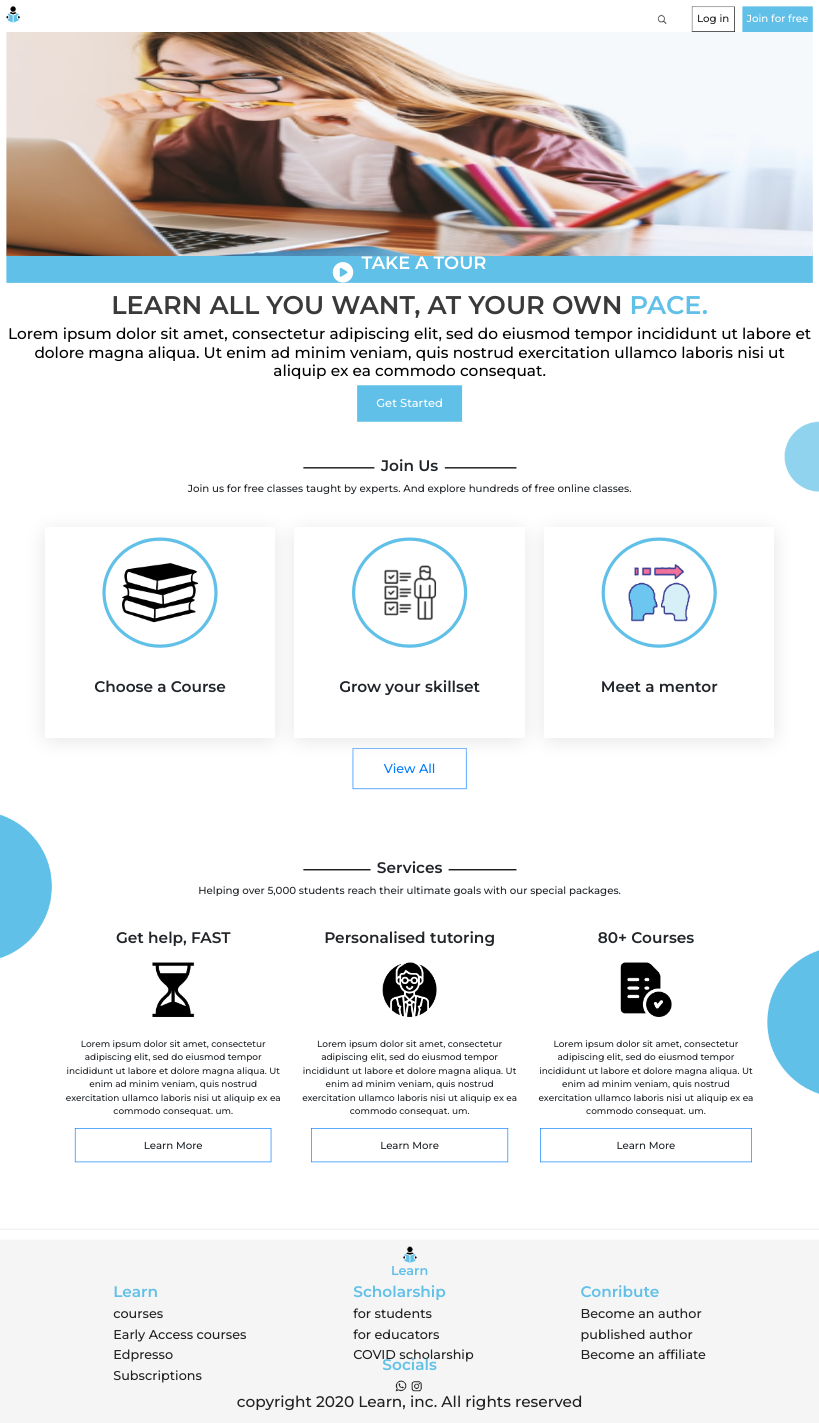
Repository: TiaraOluwanimi/team5
Page: tutor.html
The author's editor kept a copy of each file at every save. The page is drawn from the files as they stood at one save, then again after a run of saves.
The browser window is 1280 px wide. The pictures show the whole page, at 64% of full size.
Some web libraries are served in a nearby version.

Above is the page before, as saved 2020-08-08 10:28:36.

### tutor.html
<!DOCTYPE html>
<html lang="en">
  <head>
    <meta charset="UTF-8" />
    <meta name="viewport" content="width=device-width, initial-scale=1.0" />
    <title>Online Tutoring</title>
    <!-- Custom Css -->
    <link rel="stylesheet" href="./assets/css/header-footer.css" />
    <link rel="stylesheet" href="./assets/css/tutor.css" />
    <!-- Favicon -->
    <link rel="shortcut icon" href="" type="image/x-icon" />
    <!---------------------- CDNs----------------- -->
    <!-- Bootstrap CSS CDN -->
    <link
      rel="stylesheet"
      href="https://maxcdn.bootstrapcdn.com/bootstrap/4.0.0/css/bootstrap.min.css"
      integrity="sha384-Gn5384xqQ1aoWXA+058RXPxPg6fy4IWvTNh0E263XmFcJlSAwiGgFAW/dAiS6JXm"
      crossorigin="anonymous"
    />
    <!-- fontawesome CDN -->
    <!-- Google Font -->
    <link href="https://fonts.googleapis.com/css2?family=Montserrat:wght@500;600&display=swap" rel="stylesheet">
    <!-- Font Awesome -->
    <script src="https://kit.fontawesome.com/0f19ba4771.js" crossorigin="anonymous"></script>

</head>

<body>
    <!-- Welcome to this online tutoring website. 😊 -->
    <!--  Header  -->
    <nav class="nav1">
      <a href="#"><img src="./assets/img/logo.png" alt="" /></a>
      <div class="nav1div1">
        <img
          class="searchicon"
          onclick="displaySearchBar()"
          src="./assets/img/search.png"
          alt=""
        />
        <button class="nav1butt1">Log in</button>
        <button class="nav1butt2">Join for free</button>
      </div>
      <div class="nav1div2 display">
        <input
          class="searchbar"
          type="text"
          placeholder="Enter Text here"
          name=""
          id=""
        />
      </div>
    </nav>

    <!-- Landing Page -->
    <div class="div1">
        <img class="div1img1" src="./assets/img/hero-img.png" alt="">
        <div class="div1div1">
            <i class="fas fa-play-circle fa-2x div1img2"></i>
            &nbsp;&nbsp;&nbsp;
            <h3 class="div1hh1">TAKE A TOUR</h3>
        </div>
    </div>

    <div class="div2">
        <h1 class="div2hh1">
            LEARN ALL YOU WANT, AT YOUR OWN
            <span class="div2hh2">PACE.</span>
        </h1>
        <h4 class="div2hh3">
            Lorem ipsum dolor sit amet, consectetur
            adipiscing elit, sed do eiusmod tempor
            incididunt ut labore et dolore magna
            aliqua. Ut enim ad minim veniam, quis
            nostrud exercitation ullamco laboris nisi
            ut aliquip ex ea commodo consequat.
        </h4>
        <div class="div2div1">
            <button class="div2butt1">Get Started</button>
        </div>
    </div>
    <!-- join us section -->
    <section id="join-us" class="py-5" style="position: relative;">
        <div style="position: absolute; right: 0px; top:-10px;">
          <img src="./assets/img/Ellipse 13.png" alt="" class="img-fluid" />
        </div>
        <div class="container">
          <div class="row">
            <div class="col-12 mx-auto text-center">
              <h4 class="mx-auto sec-head">
                <span><strong>Join Us</strong></span>
              </h4>
              <p>
                Join us for free classes taught by experts. And explore hundreds
                of free online classes.
              </p>
            </div>
            <div class="row py-3">
                <div class="col-md-4 text-center my-3">
                  <div class="box-shadow py-3">
                    <img
                      src="./assets/img/course.png"
                      alt=""
                      class="join-img img-fluid rounded-circle w-50"
                    />
                    <h4 class="my-5"><strong>Choose a Course</strong></h4>
                  </div>
                </div>
                <div class="col-md-4 text-center my-3">
                  <div class="box-shadow py-3">
                    <img
                      src="./assets/img/skillset.png"
                      alt=""
                      class="join-img img-fluid rounded-circle w-50"
                    />
                    <h4 class="my-5"><strong>Grow your skillset</strong></h4>
                  </div>
                </div>
                <div class="col-md-4 text-center my-3">
                  <div class="box-shadow py-3">
                    <img
                      src="./assets/img/mentorship.png"
                      alt=""
                      class="join-img img-fluid rounded-circle w-50"
                    />
                    <h4 class="my-5"><strong>Meet a mentor</strong></h4>
                  </div>
                </div>
                <button
                  class="btn btn-lg btn-outline-primary py-3 px-5 rounded-0 mx-auto"
                >
                  View All
                </button>
              </div>
            </div>
          </section>

    <!-- service section -->
    <section id="services" class="py-5" style="position: relative;">
      <div style="position: absolute; left: 0px; top: -30px;">
        <img src="./assets/img/Ellipse 10.png" alt="" />
      </div>
      <div
        style="position: absolute; right: 0px; top: 30%; transform: scale(-1);"
      >
        <img src="./assets/img/Ellipse 10.png" alt="" />
      </div>
      <div class="container">
        <div class="row">
          <div class="col-12 mx-auto text-center">
            <h4 class="mx-auto sec-head">
              <span><strong>Services</strong></span>
            </h4>
            <p>
              Helping over 5,000 students reach their ultimate goals with our
              special packages.
            </p>
          </div>
        </div>
        <div class="row p-3">
          <div class="col-md-4 text-center py-3">
            <h4><strong>Get help, FAST</strong></h4>
            <img
              src="./assets/img/hourglass 1.png"
              alt=""
              class="img-fluid w-25 my-3"
            />
            <p class="my-3" style="font-size: 14px;">
              Lorem ipsum dolor sit amet, consectetur adipiscing elit, sed do
              eiusmod tempor incididunt ut labore et dolore magna aliqua. Ut
              enim ad minim veniam, quis nostrud exercitation ullamco laboris
              nisi ut aliquip ex ea commodo consequat. um.
            </p>
            <h6 class="border py-3 px-1 mx-3 border-primary">
              Learn More <i></i>
            </h6>
          </div>
          <div class="col-md-4 text-center py-3">
            <h4><strong>Personalised tutoring</strong></h4>
            <img
              src="./assets/img/teacher 1.png"
              alt=""
              class="img-fluid w-25 my-3"
            />
            <p class="my-3" style="font-size: 14px;">
              Lorem ipsum dolor sit amet, consectetur adipiscing elit, sed do
              eiusmod tempor incididunt ut labore et dolore magna aliqua. Ut
              enim ad minim veniam, quis nostrud exercitation ullamco laboris
              nisi ut aliquip ex ea commodo consequat. um.
            </p>
            <h6 class="border py-3 px-1 mx-3 border-primary">
              Learn More <i></i>
            </h6>
          </div>
          <div class="col-md-4 text-center py-3">
            <h4><strong>80+ Courses</strong></h4>
            <img
              src="./assets/img/test 1.png"
              alt=""
              class="img-fluid w-25 my-3"
            />
            <p class="my-3" style="font-size: 14px;">
              Lorem ipsum dolor sit amet, consectetur adipiscing elit, sed do
              eiusmod tempor incididunt ut labore et dolore magna aliqua. Ut
              enim ad minim veniam, quis nostrud exercitation ullamco laboris
              nisi ut aliquip ex ea commodo consequat. um.
            </p>
            <h6 class="border py-3 px-1 mx-3 mx-lg-1 border-primary">
              Learn More <i></i>
            </h6>
          </div>
        </div>
      </div>
    </section>
    <!-- Testimonial section -->
    <section>
      <div>
        <div class="testimonial-heading">
          <hr>
          <span></span>
        </div>
      </div>
    </section>
    <!--  Footer  -->
    <footer class="footer1">
      <div class="footer1div1">
        <img class="footer1img1" src="./assets/img/logo.png" alt="" />
        <h5 class="footer1hh1">Learn</h5>
      </div>

      <div class="footer1div2">
        <div class="footer1div3">
          <h4 class="footer1hh2">Learn</h4>
          <a href="" class="footer1link1"
            ><h5 class="footer1hh3">courses</h5></a
          >
          <a href="" class="footer1link1"
            ><h5 class="footer1hh3">Early Access courses</h5></a
          >
          <a href="" class="footer1link1"
            ><h5 class="footer1hh3">Edpresso</h5></a
          >
          <a href="" class="footer1link1"
            ><h5 class="footer1hh3">Subscriptions</h5></a
          >
        </div>
        <div class="footer1div4">
          <h4 class="footer1hh2">Scholarship</h4>
          <a href="" class="footer1link1"
            ><h5 class="footer1hh3">for students</h5></a
          >
          <a href="" class="footer1link1"
            ><h5 class="footer1hh3">for educators</h5></a
          >
          <a href="" class="footer1link1"
            ><h5 class="footer1hh3">COVID scholarship</h5></a
          >
        </div>
        <div class="footer1div5">
          <h4 class="footer1hh2">Conribute</h4>
          <a href="" class="footer1link1"
            ><h5 class="footer1hh3">Become an author</h5></a
          >
          <a href="" class="footer1link1"
            ><h5 class="footer1hh3">published author</h5></a
          >
          <a href="" class="footer1link1"
            ><h5 class="footer1hh3">Become an affiliate</h5></a
          >
        </div>
      </div>

      <div class="footer1div6">
        <h4 class="footer1hh2 redd">Socials</h4>
        <a href="#"><img src="./assets/img/whatsapp.png" alt="" /></a>
        <a href="#"><img src="./assets/img/instagram.png" alt="" /></a>
      </div>

      <h4 class="footer1hh4">
        copyright 2020 Learn, inc. All rights reserved
      </h4>
    </footer>

    <!---------------------- CDNs----------------- -->
    <!-- jQuery CDN -->
    <script
      src="https://code.jquery.com/jquery-3.2.1.slim.min.js"
      integrity="sha384-KJ3o2DKtIkvYIK3UENzmM7KCkRr/rE9/Qpg6aAZGJwFDMVNA/GpGFF93hXpG5KkN"
      crossorigin="anonymous"
    ></script>
    <!-- ajax CDN -->
    <script
      src="https://cdnjs.cloudflare.com/ajax/libs/popper.js/1.12.9/umd/popper.min.js"
      integrity="sha384-ApNbgh9B+Y1QKtv3Rn7W3mgPxhU9K/ScQsAP7hUibX39j7fakFPskvXusvfa0b4Q"
      crossorigin="anonymous"
    ></script>
    <!-- BootstrapJS CDN -->
    <script
      src="https://maxcdn.bootstrapcdn.com/bootstrap/4.0.0/js/bootstrap.min.js"
      integrity="sha384-JZR6Spejh4U02d8jOt6vLEHfe/JQGiRRSQQxSfFWpi1MquVdAyjUar5+76PVCmYl"
      crossorigin="anonymous"
    ></script>
    <!-- Custom Javascript Links -->
    <script src="./assets/js/tutor.js"></script>
  </body>
</html>

### assets/css/header-footer.css

/*  Header Navbar */
body{
  margin: 0;
}
.nav1{
   margin: 10px;
}
.nav1div1{
    display: inline;
    float: right;
}
.nav1butt1{
    color: #212121;
    border-color: #212121;
    border-width: 1px;
    background-color: #FFFFFF;
    padding: 7px 7px;
    font-family: 'Montserrat', sans-serif;
    font-weight: 500;
    outline: none;
    margin-left: 35px;
}
.nav1butt2{
    color: #FFFFFF;
    border-color: #60C0E8;
    border: none;
    background-color: #60C0E8;
    padding: 8px 7px;
    font-family: 'Montserrat', sans-serif;
    font-weight: 500;
    outline: none;
    margin-left: 8px;
}
.nav1butt1:hover{
    background-color: #f0f0f0;
      cursor: pointer;
}
.nav1butt2:hover{
    background-color: #60adce;
    cursor: pointer;
}
.searchicon:hover{
    cursor: pointer;
}
.nav1div2{
    text-align: center;
    width: 100%;
    margin-top: 10px;
}
.searchbar{
    width: 60%;
    font-family: 'Montserrat', sans-serif;
    outline: none;
    border-radius: 10px;
    padding: 10px;
    border-width: 1px;
}
.footer1link1{
    text-decoration: none;
}
.display{
    display: none;
}



/*  Footer  */
.footer1{
    padding: 10px;
    background-color: #F5F5F5;
}
.footer1div1{
    text-align: center;
}
.footer1hh1{
    margin-top: 0px;
    font-family: 'Montserrat', sans-serif;
    color: #60C0E8;
    font-weight: 600;
}
.footer1div2{
    display: flex;
    flex-direction:row;
    justify-content: space-evenly;
}
.footer1hh2{
    font-family: 'Montserrat', sans-serif;
    color: #60C0E8;
    font-weight: 600;
}
.footer1hh3{
    font-family: 'Montserrat', sans-serif;
    color: #212121;
    font-weight: normal;
}
.footer1div6{
    text-align: center;
    margin-top: -50px;
}
.redd{
    margin-bottom: 5px;
}
.footer1hh4{
    text-align: center;
    font-family: 'Montserrat', sans-serif;
    color: #212121;
    font-style: normal;
    font-weight: 500;
}

/* Footer Media Queries */
@media only screen and (max-width: 399px) {
    .footer1div2{
        flex-direction: column;
        align-items: center;
    }
    .footer1div6{
        text-align: center;
        margin-top: -10px;
    }
}

### assets/css/tutor.css
* {
  font-family: "Montserrat", sans-serif;
}
.div1 {
  margin: 10px;
  text-align: center;
}
.div1div1 {
  width: 100%;
  display: flex;
  justify-content: center;
  background-color: #60c0e8;
  margin-top: -5px;
}
.div1img1 {
  width: 100%;
  height: 350px;
}
.div1img2 {
  padding-top: 15px;
  color: #ffffff;
}
.div1div1:hover {
  background-color: #60adce;
  cursor: pointer;
}
.div1hh1 {
  font-family: "Montserrat", sans-serif;
  font-weight: 600;
  color: #ffffff;
}

.div2 {
  margin: 10px;
}
.div2hh1 {
  font-family: "Montserrat", sans-serif;
  text-align: center;
  color: #3a3a3a;
  font-weight: bold;
}
.div2hh2 {
  color: #60c0e8;
}
.div2hh3 {
  font-family: "Montserrat", sans-serif;
  text-align: center;
  color: #000000;
  font-weight: 500;
}
.div2div1 {
  text-align: center;
}
.div2butt1 {
  background-color: #60c0e8;
  font-weight: 500;
  color: #ffffff;
  border: none;
  outline: none;
  padding: 15px 30px;
  font-size: large;
}
.div2butt1:hover {
  background-color: #60adce;
  cursor: pointer;
}

/* this handles the line in each section heading  */
.sec-head {
  width: 30%;
  text-align: center;
  border-bottom: 2px solid #000;
  line-height: 0.1em;
  margin: 10px 0 20px;
}
.sec-head span {
  background: #fff;
  padding: 0 10px;
}
/* join us images border */
.join-img {
  border: 5px solid #60c0e8 !important;
}
/* box shadow */
.box-shadow {
  box-shadow: 0px 5px 30px 0.5px #e6e6e6;
}
.box-shadow:hover {
  box-shadow: 0px 5px 30px 5px #c7c7c7;
}

@media screen and (max-width: 320px) {
  .sec-head {
    width: 70%;
  }
}

### assets/js/tutor.js

function displaySearchBar(){
    document.querySelector(".nav1div2").classList.toggle("display");
}

After the next 2 saves:
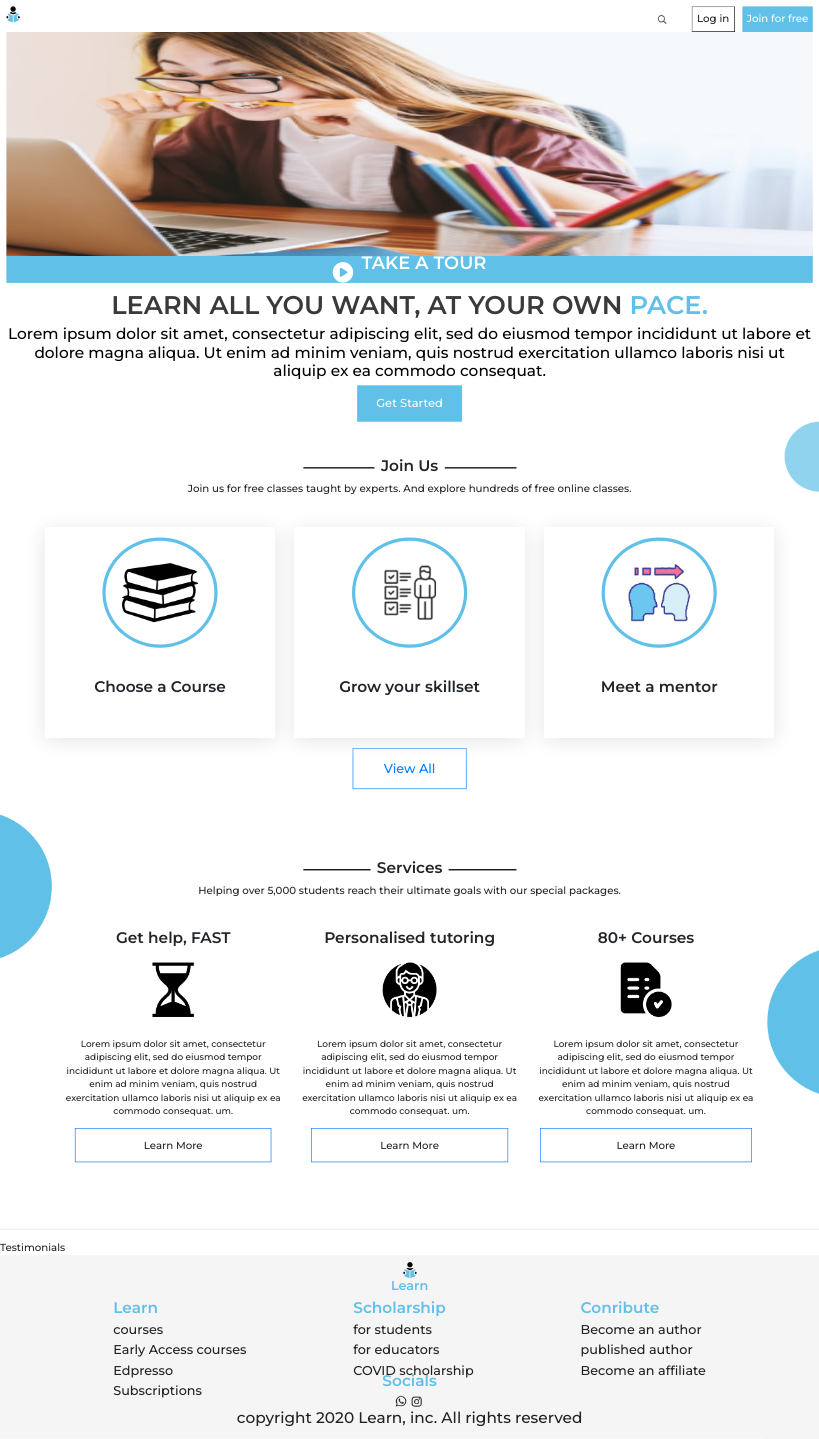
The 2 saves are shown as one change because they came seconds apart.
The last was saved 9 s later.
--- a/tutor.html
+++ b/tutor.html
@@ -216,7 +216,8 @@
       <div>
         <div class="testimonial-heading">
           <hr>
-          <span></span>
+          <span>Testimonials</span>
+
         </div>
       </div>
     </section>
